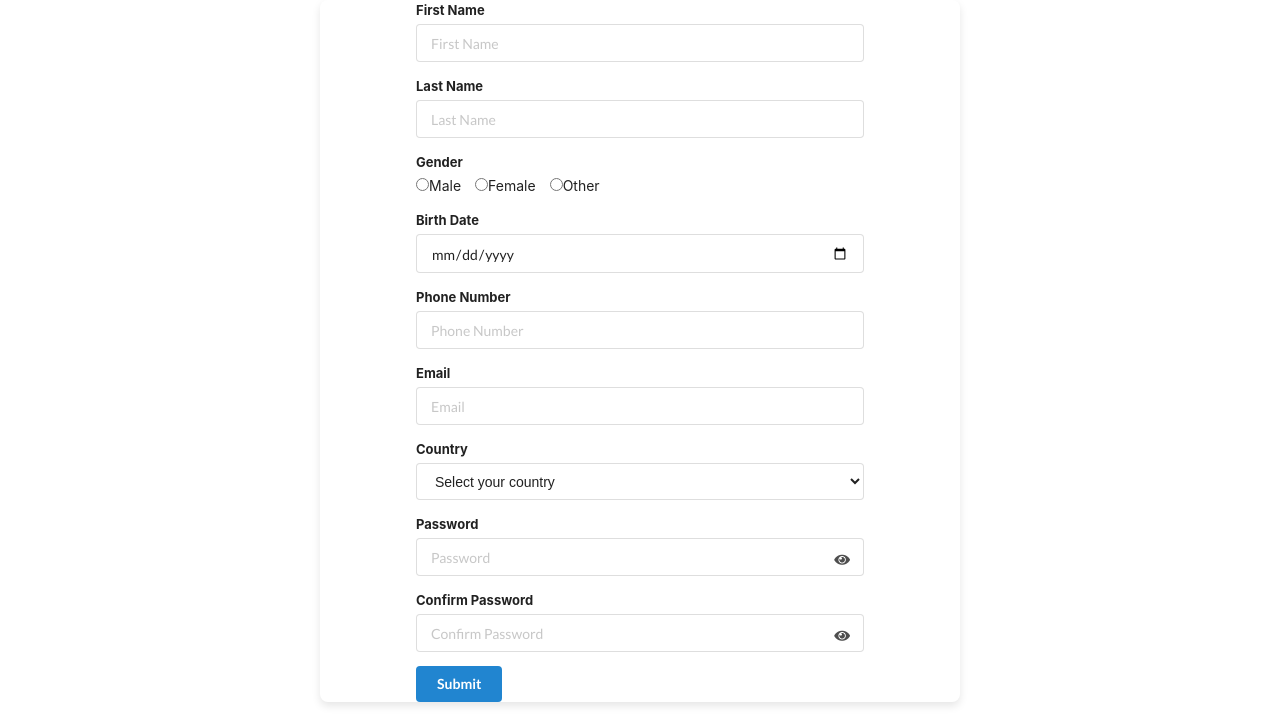
Repository: Wahid137/registration-form
Page: /
An editor plug-in stored every save of this project. The page is shown before and after a run of saves, followed by the edit.
The browser window is 1280 px wide. The pictures show the whole page.
The project was rebuilt for these pictures with package versions that can differ from the ones it lists, and the page was loaded fresh each time. Also part of the build but not shown: src/App.css.

Above is the page before, as saved 2024-05-01 14:32:36.

After the next 2 saves:
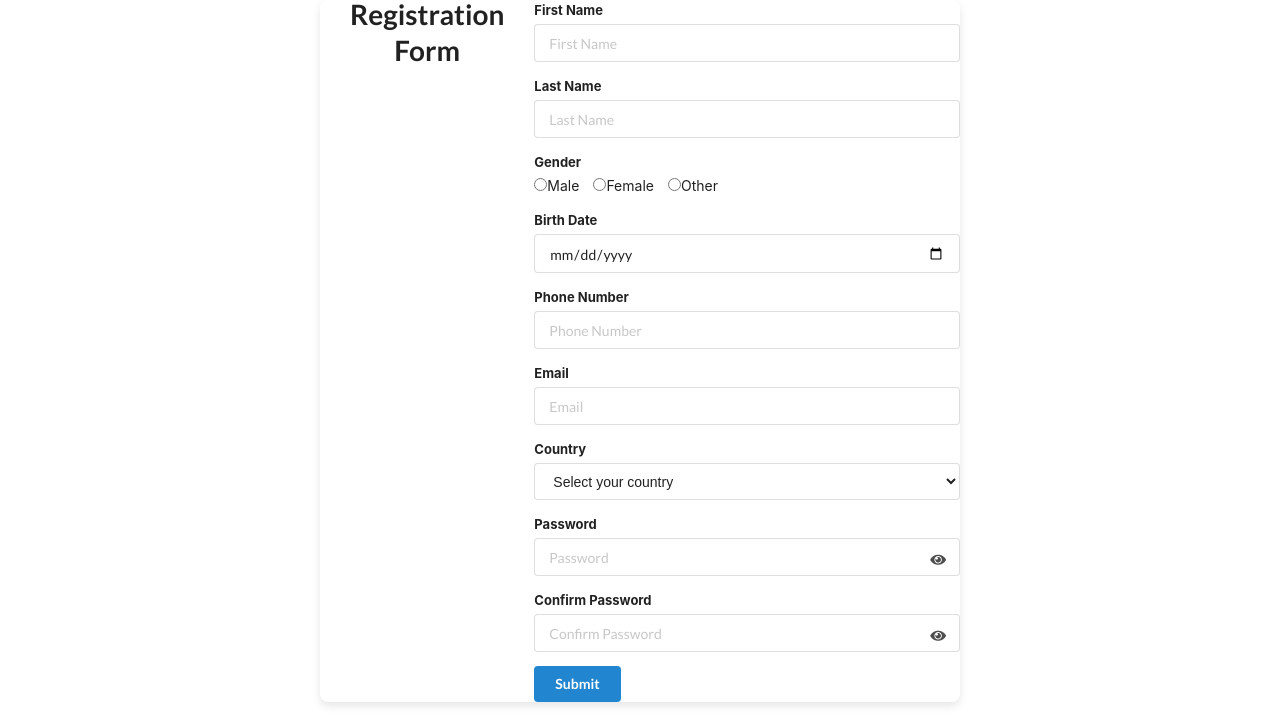
The 2 saves are shown as one change because 1 did not build or start.
The last was saved 25 s later.
--- a/src/components/Register.js
+++ b/src/components/Register.js
@@ -2,7 +2,7 @@
 import moment from "moment";
 import React, { useState } from "react";
 import { useForm } from "react-hook-form";
-import { Button, Container, Form, FormField, Icon } from "semantic-ui-react";
+import { Button, Container, Form, FormField, Header, Icon } from "semantic-ui-react";
 import { countryOptions } from "../utils/country";
 
 const Register = () => {
@@ -121,6 +121,9 @@
                 borderRadius: "8px",
             }}
         >
+            <Header as='h1' textAlign='center'>
+                Registration Form
+            </Header>
             <Form style={{ width: "70%" }} onSubmit={handleSubmit(onSubmit)}>
                 <div style={{ marginBottom: "1rem" }}>
                     <FormField error={formErrors.firstName !== undefined}>

After the save that followed:
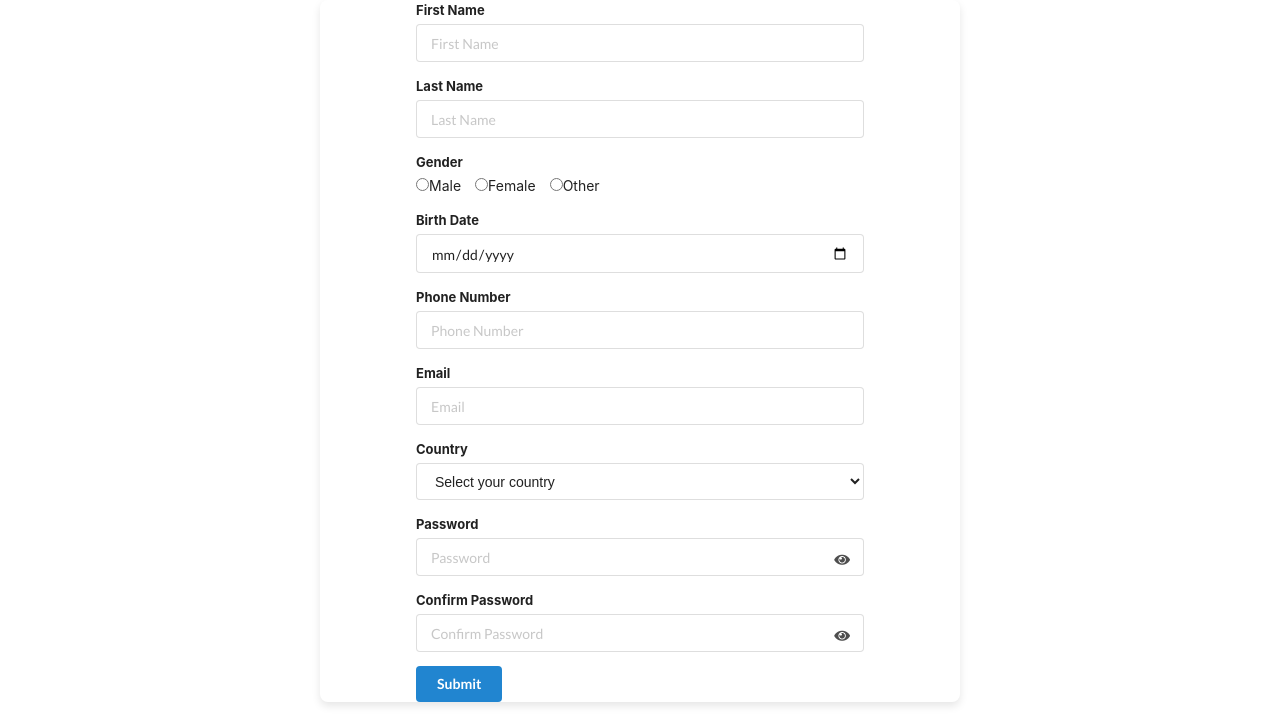
Saved 4 s later.
--- a/src/components/Register.js
+++ b/src/components/Register.js
@@ -2,7 +2,7 @@
 import moment from "moment";
 import React, { useState } from "react";
 import { useForm } from "react-hook-form";
-import { Button, Container, Form, FormField, Header, Icon } from "semantic-ui-react";
+import { Button, Container, Form, FormField, Icon } from "semantic-ui-react";
 import { countryOptions } from "../utils/country";
 
 const Register = () => {
@@ -121,9 +121,7 @@
                 borderRadius: "8px",
             }}
         >
-            <Header as='h1' textAlign='center'>
-                Registration Form
-            </Header>
+
             <Form style={{ width: "70%" }} onSubmit={handleSubmit(onSubmit)}>
                 <div style={{ marginBottom: "1rem" }}>
                     <FormField error={formErrors.firstName !== undefined}>
